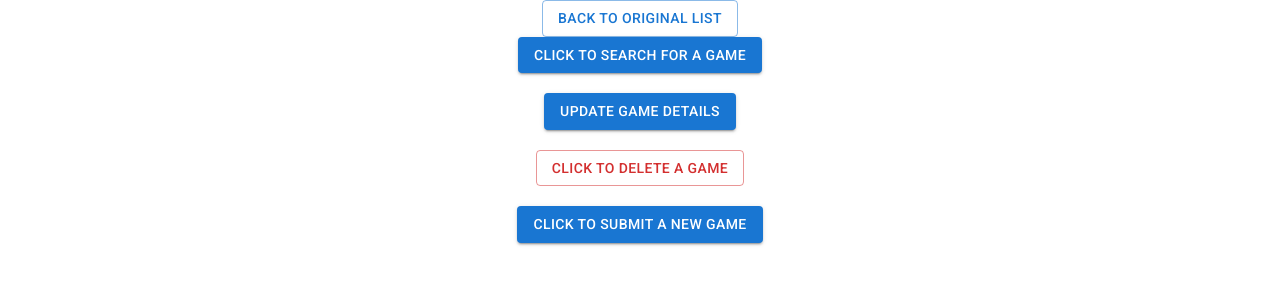
Repository: The-Software-Guild/assessment-2-react-nj10deadend
Page: / (app in Part-2/React-section/frontend/)
An editor plug-in stored every save of this project. The page is shown before and after the next save, followed by the edit.
The browser window is 1280 px wide. The pictures show the whole page.
The page's requests for data from a server got no answer. The project was rebuilt for these pictures with package versions that can differ from the ones it lists, and the page was loaded fresh each time. No one was signed in, and anything a server would have sent is missing. Also part of the build but not shown: Part-2/React-section/frontend/src/components/GameCards.js.

Above is the page before, as saved 2021-12-19 22:59:36.

### Part-2/React-section/frontend/public/index.html
<!DOCTYPE html>
<html lang="en">
  <head>
    <meta charset="utf-8" />
    <link rel="icon" href="%PUBLIC_URL%/favicon.ico" />
    <meta name="viewport" content="width=device-width, initial-scale=1" />
    <meta name="theme-color" content="#000000" />
    <meta name="viewport" content="initial-scale=1, width=device-width" />
    <meta
      name="description"
      content="Web site created using create-react-app"
    />
    <link rel="apple-touch-icon" href="%PUBLIC_URL%/logo192.png" />
    <!--
      manifest.json provides metadata used when your web app is installed on a
      user's mobile device or desktop. See https://developers.google.com/web/fundamentals/web-app-manifest/
    -->
    <link rel="manifest" href="%PUBLIC_URL%/manifest.json" />
    <!--
      Notice the use of %PUBLIC_URL% in the tags above.
      It will be replaced with the URL of the `public` folder during the build.
      Only files inside the `public` folder can be referenced from the HTML.

      Unlike "/favicon.ico" or "favicon.ico", "%PUBLIC_URL%/favicon.ico" will
      work correctly both with client-side routing and a non-root public URL.
      Learn how to configure a non-root public URL by running `npm run build`.
    -->
    <link
      rel="stylesheet"
      href="https://fonts.googleapis.com/css?family=Roboto:300,400,500,700&display=swap"
    />
    <link
      rel="stylesheet"
      href="https://fonts.googleapis.com/icon?family=Material+Icons"
    />
    <title>React App</title>
  </head>
  <body>
    <noscript>You need to enable JavaScript to run this app.</noscript>
    <div id="root"></div>
    <!--
      This HTML file is a template.
      If you open it directly in the browser, you will see an empty page.

      You can add webfonts, meta tags, or analytics to this file.
      The build step will place the bundled scripts into the <body> tag.

      To begin the development, run `npm start` or `yarn start`.
      To create a production bundle, use `npm run build` or `yarn build`.
    -->
  </body>
</html>

### Part-2/React-section/frontend/src/index.css
body {
  margin: 0;
  font-family: -apple-system, BlinkMacSystemFont, 'Segoe UI', 'Roboto', 'Oxygen',
    'Ubuntu', 'Cantarell', 'Fira Sans', 'Droid Sans', 'Helvetica Neue',
    sans-serif;
  -webkit-font-smoothing: antialiased;
  -moz-osx-font-smoothing: grayscale;
}

code {
  font-family: source-code-pro, Menlo, Monaco, Consolas, 'Courier New',
    monospace;
}

.imgs {
  height: 300px;
  width: 300px;
  border-radius: 5px;
}
.game-cards {
  border-color: lightblue;
  border-style: outset;
}
.divider {
  border-top: 1px dotted lightblue;
}

#outlined-basic1 {
  height: 7px;
  width: 200px;
}
#outlined-basic2 {
  height: 7px;
  width: 200px;
}
#outlined-basic3 {
  height: 7px;
  width: 200px;
}
#outlined-basic4 {
  height: 7px;
  width: 200px;
}
#outlined-basic5 {
  height: 7px;
  width: 200px;
}
#outlined-basic6 {
  height: 7px;
  width: 200px;
}
#outlined-basic7 {
  height: 7px;
  width: 200px;
}
#outlined-basic8 {
  height: 7px;
  width: 200px;
}

### Part-2/React-section/frontend/src/App.js
import './App.css';
import Home from './components/Home';
import AddGameForm from './components/AddGameForm';
import GameSearch from './components/GameSearch';
import UpdateGame from './components/UpdateGame';
import DeleteGame from './components/DeleteGame';
import axios from 'axios';
import {useState, useEffect} from 'react';
import Container from '@mui/material/Container';
import Typography from '@mui/material/Typography';

// import {Container} from '@mui/material';
import Button from '@mui/material/Button';

function App() {

  const [gameData, setGameData] = useState([]);

  function getFetchGameServer () {
    axios.get(`http://localhost:8080/allGames`)
      .then(res => {
        setGameData(res.data)
      })

  }

  useEffect(getFetchGameServer, []);

  return (
    <Container fluid className="App">


      <Button variant="outlined"onClick={getFetchGameServer}>Back to Original List</Button>
      <GameSearch setGameData={setGameData}/>
      <br></br>
      <UpdateGame getFetchGameServer={getFetchGameServer}/>
      <br></br>
      <DeleteGame getFetchGameServer={getFetchGameServer} />
      <br></br>
      <AddGameForm setGameData={setGameData}/>
      <br></br>


      <Home gameData={gameData}/>

    </Container>

  );
}

export default App;

### Part-2/React-section/frontend/src/components/Home.js
import GameCards from "./GameCards";


function Home ({gameData}) {

    const renderGameData = gameData.map(eachGame => {
        return (
            <GameCards key={eachGame._id} eachGame={eachGame} />
        )
    })
    return (
        <div>
            {renderGameData}

        </div>
    )
}

export default Home;

### Part-2/React-section/frontend/src/components/AddGameForm.js
import {useState, useEffect} from 'react';
import axios from 'axios';
import Button from '@mui/material/Button';
import SendIcon from '@mui/icons-material/Send';
import TextField from '@mui/material/TextField';


function AddGameForm ({setGameData}) {

    const [clicked, setClicked] = useState(false);
    const [submitted, setSubmitted] = useState(false);
    const [name, setName] = useState("");
    const [img, setImg] = useState("");
    const [crossPlatform, setCrossPlatform] = useState("");
    const [price, setPrice] = useState("");
    const [genres, setGenres] = useState(["", "", ""]);
    const buttonText = clicked ? "Hide Submission Form" : "Click to Submit a New Game"

    function postRequest() {
        return axios.post('http://localhost:8080/allGames', {
            name: name,
            img: img,
            cross_platform: crossPlatform,
            price: price,
            genres: genres
        })
        .then(function (response) {
            console.log(response);
            return response.data;
        })
        .catch(function (error) {
            console.log(error);
            return null;
        });
    }

    async function onSubmit(event) {
        event.preventDefault();
        setName("");
        setImg("");
        setCrossPlatform("");
        setPrice("");
        setGenres(["", "", ""]);
        const newGame = await postRequest();
        setGameData((oldInfo)=> {
            // console.log(oldInfo)
            return [...oldInfo, newGame]
        })
    }

    return (
        <div>
            <Button variant="contained" onClick={() => {setClicked(!clicked)}}>{buttonText}</Button>
            {clicked && (
                <form onSubmit={onSubmit}>
                <div>
                    <label for="name">Name</label>
                    <br></br>
                    <br></br>
                    <TextField id="outlined-basic2" label="Enter name"
                    variant="outlined"
                    onChange={(event) => {setName(event.target.value)}}
                    value = {name}
                    />
                </div>
                <div>
                    <label for="img">Image Url</label>
                    <br></br>
                    <br></br>
                    <TextField id="outlined-basic3" label="Enter Image URL"
                    variant="outlined"
                    onChange={(event) => {setImg(event.target.value)}}
                    value = {img}
                    />
                </div>
                <div>
                    <label for="cross platform">Cross Platform</label>
                    <br></br>
                    <br></br>
                    <TextField id="outlined-basic4" label="Enter True or False"
                    variant="outlined"
                    onChange={(event) => {setCrossPlatform(event.target.value)}}
                    value = {crossPlatform}
                    />
                </div>
                <div>
                    <label for="price">Price</label>
                    <br></br>
                    <br></br>
                    <TextField id="outlined-basic5" label="Enter price of game"
                    variant="outlined"
                    onChange={(event) => {setPrice(event.target.value)}}
                    value = {price}
                    />
                </div>
                <div>
                    <label for="genres">Genres</label>
                    <br></br>
                    <br></br>
                    <TextField id="outlined-basic6" label="Enter first genre category"
                    variant="outlined"
                    onChange={(event) => {setGenres([event.target.value, genres[1], genres[2]])}}
                    value = {genres[0]}
                    />
                    <br></br>
                    <br></br>
                    <TextField id="outlined-basic7" label="Enter second genre category"
                    variant="outlined"
                    onChange={(event) => {setGenres([genres[0], event.target.value, genres[2] ])}}
                    value = {genres[1]}
                    />
                    <br></br>
                    <br></br>
                    <TextField id="outlined-basic8" label="Enter third genre category"
                    variant="outlined"
                    onChange={(event) => {setGenres([genres[0], genres[1], event.target.value])}}
                    value = {genres[2]}
                    />

                </div>
                <Button variant="contained" endIcon={<SendIcon />} type="submit">Submit new Game</Button>

            </form>
            )}


        </div>
    )
}

export default AddGameForm;

### Part-2/React-section/frontend/src/components/GameSearch.js
import {useState} from 'react';
import axios from 'axios';
import Button from '@mui/material/Button';
import TextField from '@mui/material/TextField';

function GameSearch ({setGameData}) {

    const [searchId, setSearchId] = useState("");
    const [clicked, setClicked] = useState(false);

    const searchGameText = clicked ? "Hide Search Form" : "Click to Search for a Game"

    function getFetchOneGame () {
        axios.get(`http://localhost:8080/allGames/${searchId}`)
          .then(res => {
            setGameData([res.data])
        })

    }

    function onSearch(event) {
        event.preventDefault()
        setSearchId("");
        getFetchOneGame();
    }

    return (
        <div>
            <Button variant="contained" onClick={() => {setClicked(!clicked)}}>{searchGameText}</Button>
            {clicked && (
                <form onSubmit={onSearch}>
                    <br></br>
                    <TextField id="outlined-basic" label="Search for game by Entering its ID"
                    variant="outlined"
                    onChange={(event) => {setSearchId(event.target.value)}}
                    value = {searchId}
                    />
                    <br></br>
                    <Button variant="outlined" type="submit">Search</Button>
                </form>
            )}
        </div>
    )
}

export default GameSearch;

### Part-2/React-section/frontend/src/components/UpdateGame.js
import {useState} from 'react';
import axios from 'axios';
import Button from '@mui/material/Button';
import Box from '@mui/material/Box';
import TextField from '@mui/material/TextField';
import SendIcon from '@mui/icons-material/Send';



function UpdateGame ({getFetchGameServer}) {
    const [name, setName] = useState("");
    const [img, setImg] = useState("");
    const [crossPlatform, setCrossPlatform] = useState("");
    const [price, setPrice] = useState("");
    const [genres, setGenres] = useState(["", "", ""]);

    const [clicked, setClicked] = useState(false);
    const [searchId, setSearchId] = useState("");

    const updateButtonText = clicked ? "Hide Update Form" : "Update game details"

    async function patchRequest () {
        await axios.patch(`http://localhost:8080/allGames/update/${searchId}`,  {
            name: name,
            img: img,
            cross_platform: crossPlatform,
            price: price,
            genres: genres
        })
    }

    async function updateChanges (event) {
        event.preventDefault();
        await patchRequest();
        getFetchGameServer();
        setSearchId("");
        setName("");
        setImg("");
        setCrossPlatform("");
        setPrice("");
    }
    return (
        <Box sx={{ borderRadius: '50%' }}>
            <Button variant="contained" onClick={() => {setClicked(!clicked)}}>{updateButtonText}</Button>
            {clicked && (
                <div>
                    <br></br>
                    <form onSubmit={updateChanges}>
                        <div>
                            <label for="game-id">Game ID</label>
                            <br></br>
                            <br></br>
                            <TextField id="outlined-basic1" label="Enter ID of Game you want to update"
                            variant="outlined"
                            onChange={(event) => {setSearchId(event.target.value)}}
                            value = {searchId}
                            />
                        </div>
                        <div>
                            <label for="name">Name</label>
                            <br></br>
                            <br></br>
                            <TextField id="outlined-basic2" label="Enter name"
                            variant="outlined"
                            onChange={(event) => {setName(event.target.value)}}
                            value = {name}
                            />
                        </div>
                        <div>
                            <label for="img">Image Url</label>
                            <br></br>
                            <br></br>
                            <TextField id="outlined-basic3" label="Enter Image URL"
                            variant="outlined"
                            onChange={(event) => {setImg(event.target.value)}}
                            value = {img}
                            />
                        </div>
                        <div>
                            <label for="cross platform">Cross Platform</label>
                            <br></br>
                            <br></br>
                            <TextField id="outlined-basic4" label="Enter True or False"
                            variant="outlined"
                            onChange={(event) => {setCrossPlatform(event.target.value)}}
                            value = {crossPlatform}
                            />
                        </div>
                        <div>
                            <label for="price">Price</label>
                            <br></br>
                            <br></br>
                            <TextField id="outlined-basic5" label="Enter price of game"
                            variant="outlined"
                            onChange={(event) => {setPrice(event.target.value)}}
                            value = {price}
                            />
                        </div>
                        <div>
                            <label for="genres">Genres</label>
                            <br></br>
                            <br></br>
                            <TextField id="outlined-basic6" label="Enter first genre category"
                            variant="outlined"
                            onChange={(event) => {setGenres([event.target.value, genres[1], genres[2]])}}
                            value = {genres[0]}
                            />
                            <br></br>
                            <br></br>
                            <TextField id="outlined-basic7" label="Enter second genre category"
                            variant="outlined"
                            onChange={(event) => {setGenres([genres[0], event.target.value, genres[2] ])}}
                            value = {genres[1]}
                            />
                            <br></br>
                            <br></br>
                            <TextField id="outlined-basic8" label="Enter third genre category"
                            variant="outlined"
                            onChange={(event) => {setGenres([genres[0], genres[1], event.target.value])}}
                            value = {genres[2]}
                            />

                        </div>
                        <Button variant="contained" endIcon={<SendIcon />} type="submit">Submit Changes</Button>

                    </form>
                </div>
            )}


        </Box>
    )
}

export default UpdateGame;

### Part-2/React-section/frontend/src/components/DeleteGame.js
import axios from 'axios';
import {useState} from 'react';
import Button from '@mui/material/Button';
import DeleteIcon from '@mui/icons-material/Delete';
import TextField from '@mui/material/TextField';


function DeleteGame ({getFetchGameServer}) {

    const [searchId, setSearchId] = useState("");
    const [clicked, setClicked] = useState(false);

    const deleteText = clicked ? "Hide Delete Form" : "Click to Delete A Game"

    async function deleteGame () {
        await axios.delete(`http://localhost:8080/allGames/delete/${searchId}`)
    }

    async function onSubmit (event) {
        event.preventDefault();
        await deleteGame();
        getFetchGameServer();
        setSearchId("");

    }
    return (
        <div>
            <Button variant="outlined" color="error" onClick={() => {setClicked(!clicked)}}>{deleteText}</Button>
            {clicked && (
                <form onSubmit={onSubmit}>
                    <br></br>
                    <div>
                    <TextField id="outlined-basic" label="Enter ID of game you want deleted"
                    variant="outlined"
                    onChange={(event) => {setSearchId(event.target.value)}}
                    value = {searchId}
                    />
                    </div>
                    <br></br>
                    <div>
                        <Button type="submit" variant="outlined" color="error" startIcon={<DeleteIcon />}>Delete Game</Button>
                    </div>
                </form>
            )}

        </div>
    )
}
export default DeleteGame;

Loaded but not shown: Part-2/React-section/frontend/src/index.js (common file); Part-2/React-section/frontend/src/reportWebVitals.js (common file); Part-2/React-section/frontend/src/App.css (common file)

After the next save:
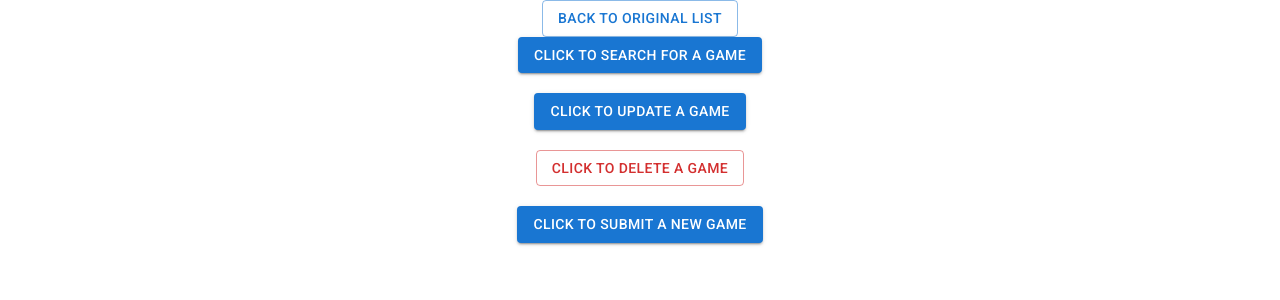
Saved 40 s later.
--- a/Part-2/React-section/frontend/src/components/UpdateGame.js
+++ b/Part-2/React-section/frontend/src/components/UpdateGame.js
@@ -17,7 +17,7 @@ function UpdateGame ({getFetchGameServer}) {
     const [clicked, setClicked] = useState(false);
     const [searchId, setSearchId] = useState("");
 
-    const updateButtonText = clicked ? "Hide Update Form" : "Update game details"
+    const updateButtonText = clicked ? "Hide Update Form" : "Click to Update a Game"
 
     async function patchRequest () {
         await axios.patch(`http://localhost:8080/allGames/update/${searchId}`,  {
